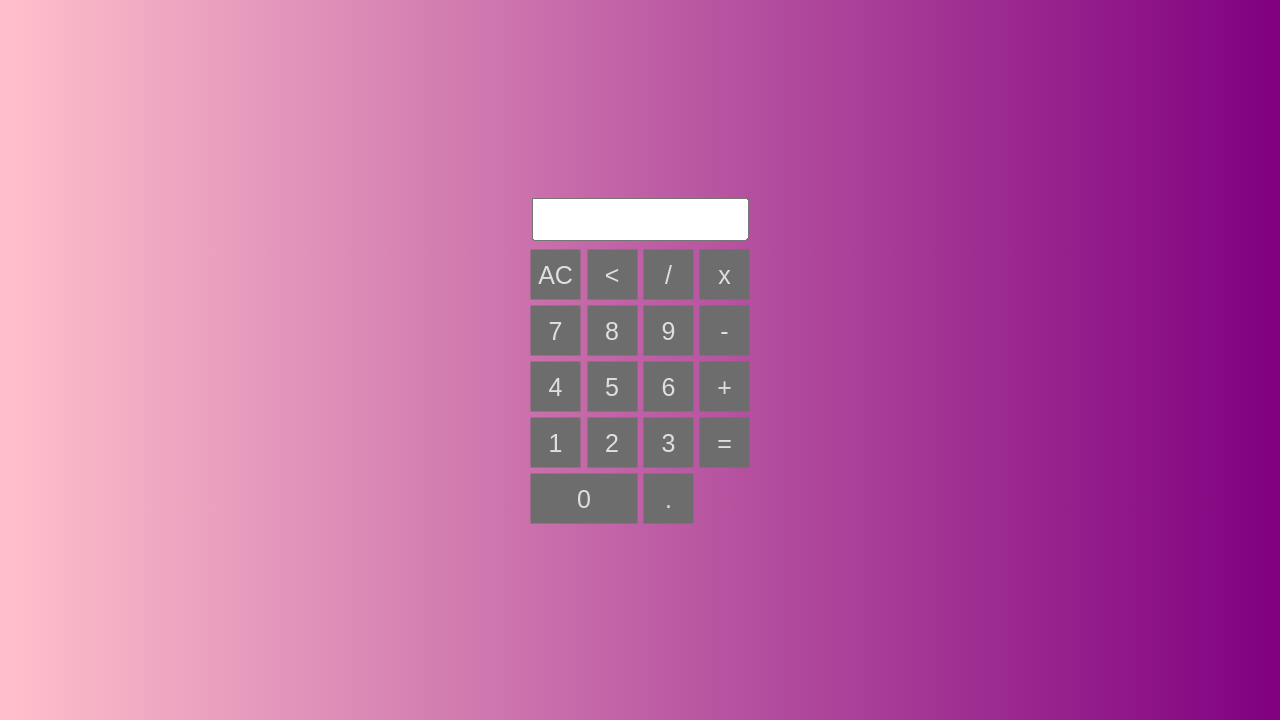
Repository: lacey-crenshaw/calculator
Page: index.html
These files come from the project's save history. The page is drawn as it stood at one moment and after the next save; the edit follows.
The browser window is 1280 px wide. The pictures show the whole page.

Above is the page before, as saved 2020-02-14 10:07:11.

### index.html
<html>

<head>
    <link rel="stylesheet" href="style.css">
    <script>
        function insert(num) {
            document.form.textview.value = document.form.textview.value + num
        }

        function equal() {
            let exp = document.form.textview.value;
            if (exp) {
                document.form.textview.value = eval(exp)
            }
        }

        function ac() {
            document.form.textview.value = "";
        }

        function back() {
            let exp = document.form.textview.value;
            document.form.textview.value = exp.substring(0, exp.length - 1);
        }
    </script>
</head>

<body>
    <div class="bg"></div>
    <div class="main">
        <form name="form">
            <input class="textview" name="textview">
        </form>
        <table>
            <tr>
                <td><input class="button" type="button" value="AC" onclick="ac()"> </td>
                <td><input class="button" type="button" value="<" onclick="back()"> </td>
                <td><input class="button" type="button" value="/" onclick="insert('/')"> </td>
                <td><input class="button" type="button" value="x" onclick="insert('*')"> </td>
            </tr>
            <tr>
                <td><input class="button" type="button" value="7" onclick="insert(7)"></td>
                <td><input class="button" type="button" value="8" onclick="insert(8)"> </td>
                <td><input class="button" type="button" value="9" onclick="insert(9)"> </td>
                <td><input class="button" type="button" value="-" onclick="insert('-')"> </td>
            </tr>
            <tr>
                <td><input class="button" type="button" value="4" onclick="insert(4)"> </td>
                <td><input class="button" type="button" value="5" onclick="insert(5)"> </td>
                <td><input class="button" type="button" value="6" onclick="insert(6)"> </td>
                <td><input class="button" type="button" value="+" onclick="insert('+')"> </td>
            </tr>
            <tr>
                <td><input class="button" type="button" value="1" onclick="insert(1)"> </td>
                <td><input class="button" type="button" value="2" onclick="insert(2)"> </td>
                <td><input class="button" type="button" value="3" onclick="insert(3)"> </td>
                <td><input class="button" type="button" value="=" onclick="equal()"></td>
            </tr>
            <tr>
                <td colspan="2"><input class="button" id="zero" type="button" value="0" onclick="insert(0)">
                </td>
                <td><input class="button" type="button" value="." onclick="insert('.')"> </td>
            </tr>
        </table>
    </div>
</body>

</html>

### style.css
*{
    margin:0;
    padding:0;
}

.button {
    width: 50;
    height: 50;
    font-size: 25;
    margin: 2;
    cursor: pointer;
    background:  #6d6d6d;
    color: #dfdfe0;
    border: none;
}

.textview {
    width: 217;
    margin: 5;
    font-size: 25;
    padding: 5;
    color: #6d6d6d;;
}

.main {
    position: absolute;
    top: 50%;
    left: 50%;
    transform: translateX(-50%) translateY(-50%);
}

.bg {
    background: linear-gradient(to right, pink, purple);
    height: 100%;
}

#zero {
    width: 107;
}

After the next save:
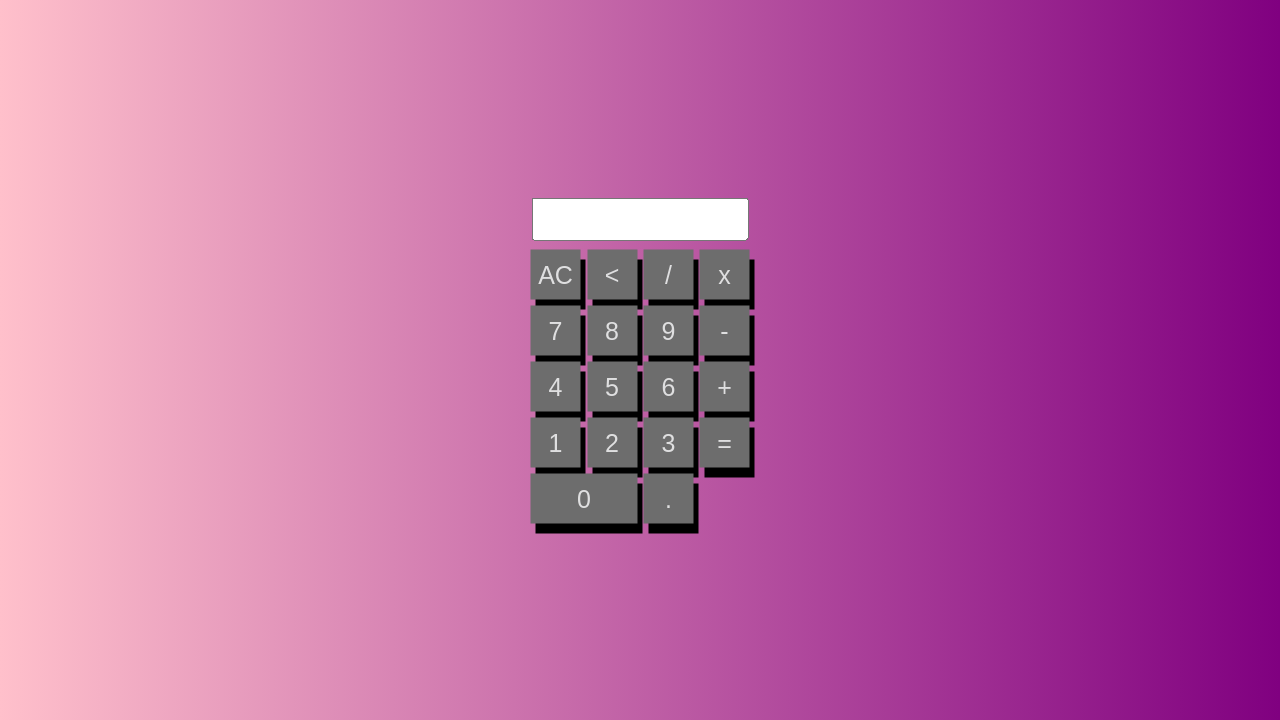
Saved 54 s later.
--- a/style.css
+++ b/style.css
@@ -12,6 +12,7 @@
     background:  #6d6d6d;
     color: #dfdfe0;
     border: none;
+    box-shadow: 5px 10px black;
 }
 
 .textview {
